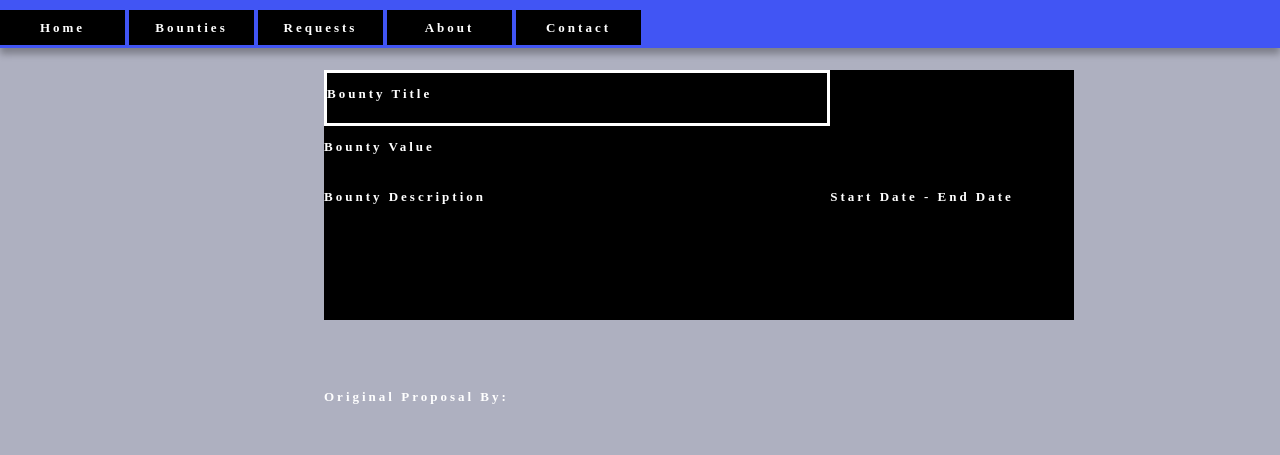
Repository: mailog/Tomorrow
Page: http://localhost/bounties
The author's editor kept a copy of each file at every save. The page is drawn from the files as they stood at one save, then again after the next save.
The browser window is 1280 px wide. The pictures show the whole page.
The page is this project's Thymeleaf template; nobody is signed in. The template is opened directly, without the code that normally fills it, so the values that code supplies are empty.

Above is the page before, as saved 2017-07-27 03:52:43.

### Tomorrow/src/main/resources/templates/bounties.html
<!DOCTYPE html>
<html>
<head>
<title>Bounties</title>
<link rel="stylesheet" type="text/css" href="/css/toolbar.css" />
<link rel="stylesheet" type="text/css" href="/css/bounties.css" />
</head>
<body>

<div class = "toolbar">
	<a href = "/">
		<button class = "tool_button"> Home </button>
	</a>
	<a href = "/bounties">
		<button class = "tool_button"> Bounties </button>
	</a>
	<a href = "/requests">
		<button class = "tool_button"> Requests </button>
	</a>
	<a href = "/about">
		<button class = "tool_button"> About </button>
	</a>
	<a href = "/contact">
		<button class = "tool_button"> Contact </button>
	</a>
</div>

<div id = "bounties">
	<div class = "bounty">
		<div class = "bounty_title">
			<p>Bounty Title</p>
		</div>
		<div class = "bounty_value">
			<p>Bounty Value</p>
		</div>
		<div class = "bounty_desc">
			<p>Bounty Description</p>
		</div>
		<div class = "bounty_period">
			<p>Start Date - End Date</p>
		</div>
		<div class = "bounty_proposer">
			<p>Original Proposal By: </p>
		</div>
	</div>
</div>
</body>
</html>

### Tomorrow/src/main/resources/static/css/toolbar.css
/*------------------STATIC------------------*/
/*------------------------------------------*/

/*-------------------BODY-------------------*/

	body{
		background-color: #aeb0c0;
		color: #FFFFFF;
	}


/*------------------------------------------*/

/*---------------TOOLBAR--------------------*/
	.toolbar{
		width:100%;
		height: 48px;
		z-index: 1;
		opacity: 1;
		position: absolute;
		left: 0px;
		top: 0px;
		float: center;
		padding 0 0 0 0;
		margin-left:auto;
		margin-right:auto;
		background-color: #4155f4;
		-webkit-box-shadow: 0px 6px 7px 0px rgba(0,0,0,0.29);
		-moz-box-shadow: 0px 6px 7px 0px rgba(0,0,0,0.29);
		box-shadow: 0px 6px 7px 0px rgba(0,0,0,0.29);
	}

	.tool_button{
		height: 35px;
		width: 125px;
		display:inline;
		background-color: #000000;
		color:white;
		padding: 0px;
		font-family: Browalia-New;
		font-size: 13px;
		font-weight:bold;
		letter-spacing: 3px;
		border:none;
		cursor: pointer;
		margin-top: 10px;
		margin-bottom: 6px;
		margin-right: 0px;
		margin-left: 0px;
		border-bottom-style: none;
		text-decoration:none;
	}

	.tool_button:hover{
		text-decoration:none;
		border-bottom-style: solid;
		border-bottom-width:3px;
		border-bottom-color:#FFFFFF;
	}

	.toolbar a{
		text-decoration:none;
	}

/*------------------------------------------*/

/*-----------------BUTTONS------------------*/
	.introbtn{}

	.tutorialbtn{
	}

	.registerbtn{
	}

/*------------------------------------------*/

/*------------------INFO--------------------*/

/*------------------------------------------*/

### Tomorrow/src/main/resources/static/css/bounties.css
#bounties
{
	position: relative;
	margin: 50px auto;
	color:white;
	width: 50%;
	padding: 10px;
}

.bounty
{
		height: 250px;
		width: 750px;
		background-color: black;
		color:white;
		padding: 0px;
		font-family: Browalia-New;
		font-size: 13px;
		font-weight:bold;
		letter-spacing: 3px;
		cursor: pointer;
		margin-top: 10px;
		margin-bottom: 6px;
		margin-right: 0px;
		margin-left: 0px;
		border-bottom-style: none;
		text-decoration:none;
}

.bounty_title
{
	display:inline-block;
	width: 500px;
	height: 50px;
	border-style:solid;
}

.bounty_value
{
	display:inline-block;
	width: 250px;
	height:50px;
}

.bounty_desc
{
	display:inline-block;
	width: 500px;
	height: 200px;
}

.bounty_period
{
	display:inline-block;
}

.bounty_proposer
{
	display:inline-block;
}

After the next save:
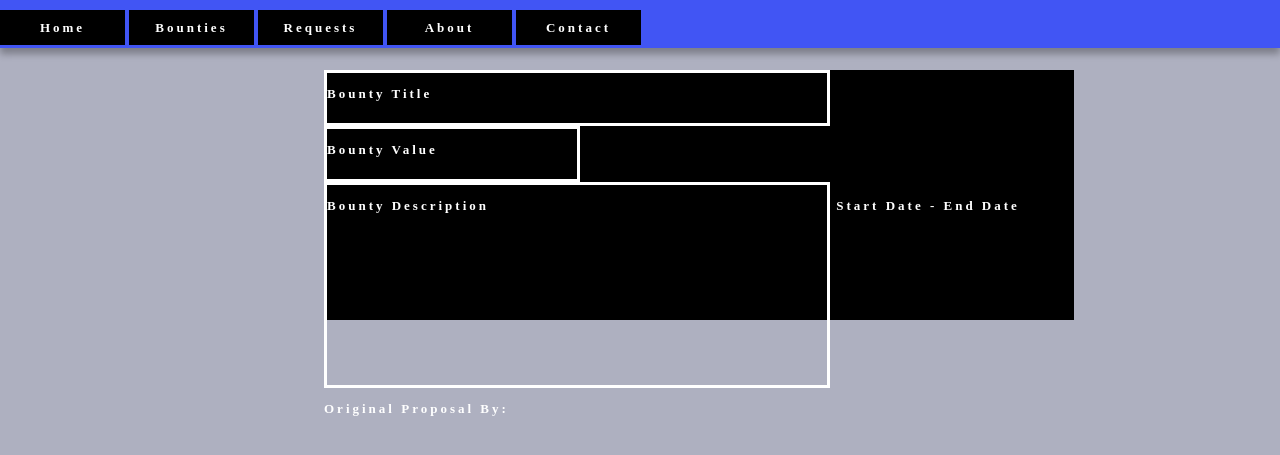
Saved 18 s later.
--- a/Tomorrow/src/main/resources/static/css/bounties.css
+++ b/Tomorrow/src/main/resources/static/css/bounties.css
@@ -40,6 +40,7 @@
 	display:inline-block;
 	width: 250px;
 	height:50px;
+	border-style:solid;
 }
 
 .bounty_desc
@@ -47,6 +48,7 @@
 	display:inline-block;
 	width: 500px;
 	height: 200px;
+	border-style:solid;
 }
 
 .bounty_period
